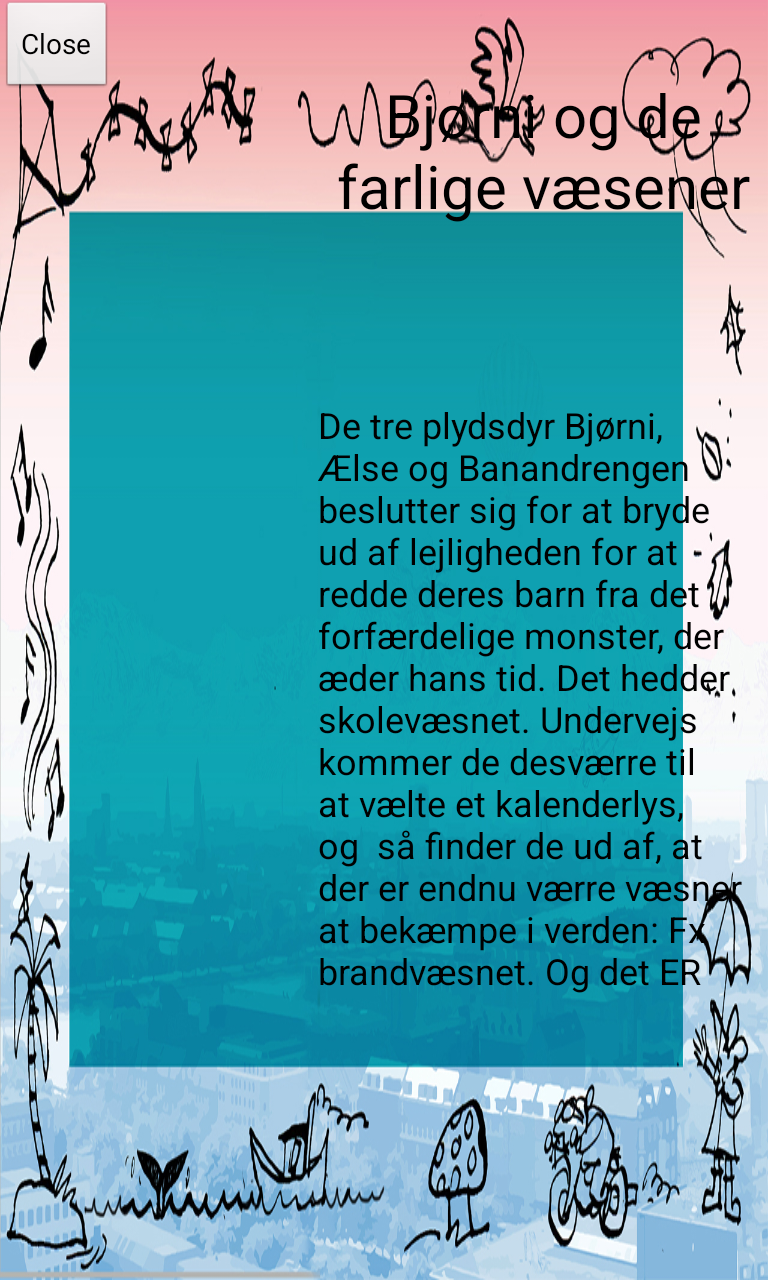
Repository: DreadMuffin/work
Layout: tablets/Historie/res/layout/popup3.xml
The author's editor kept a copy of each file at every save. The layout is drawn from the files as they stood at one save, then again after the next save.
It is drawn on a 768 x 1280 px phone screen (xhdpi) without system bars, with theme android:Theme.NoTitleBar; the app's code is not run.

Above is the layout before, as saved 2015-02-26 04:45:17.

After the next save:
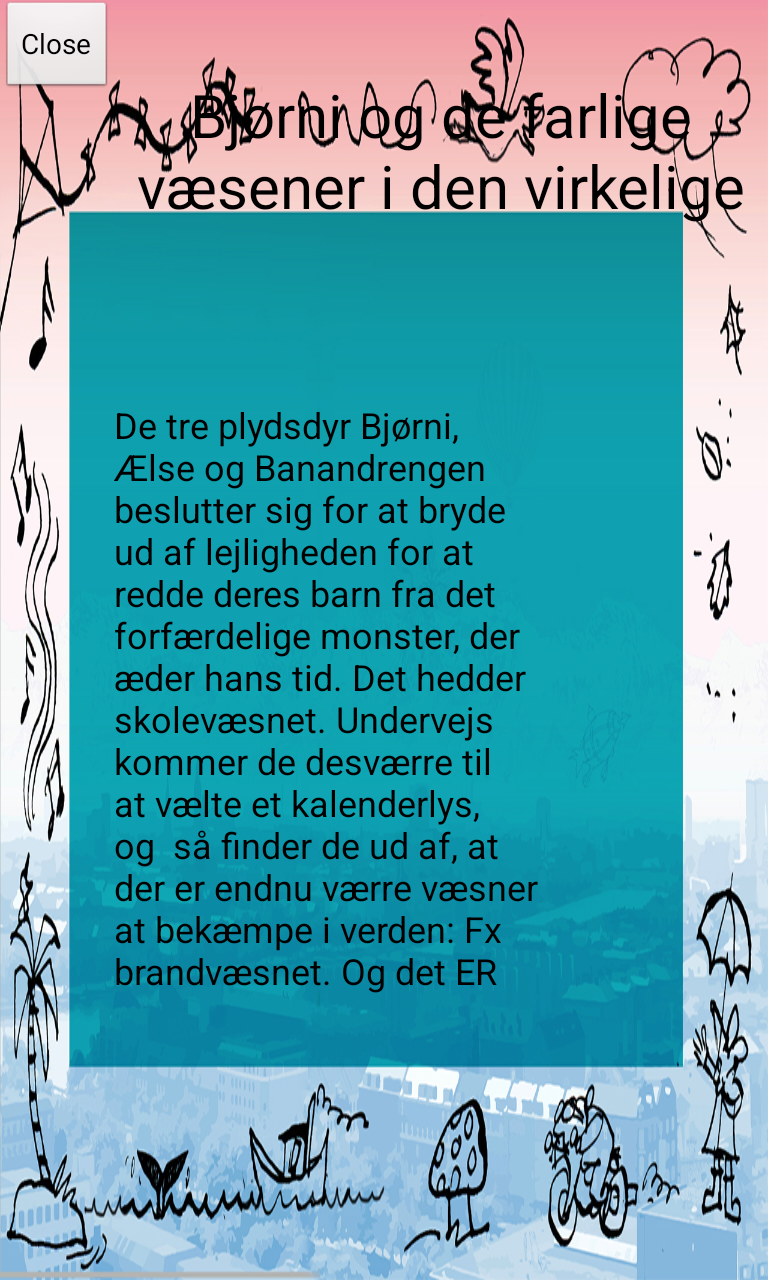
Saved 88 s later.
--- a/tablets/Historie/res/layout/popup3.xml
+++ b/tablets/Historie/res/layout/popup3.xml
@@ -30,7 +30,7 @@
         android:layout_height="300dp"
         android:layout_alignParentBottom="true"
         android:layout_marginBottom="140dp"
-        android:layout_marginLeft="102dp"
+        android:layout_marginRight="102dp"
         android:layout_toRightOf="@+id/btn_close_popup"
         android:text="De tre plydsdyr Bjørni, Ælse og Banandrengen beslutter sig for at bryde ud af lejligheden for at redde deres barn fra det
 forfærdelige monster, der æder hans tid. Det hedder skolevæsnet. Undervejs kommer de desværre til at vælte et kalenderlys, og

After the save that followed:
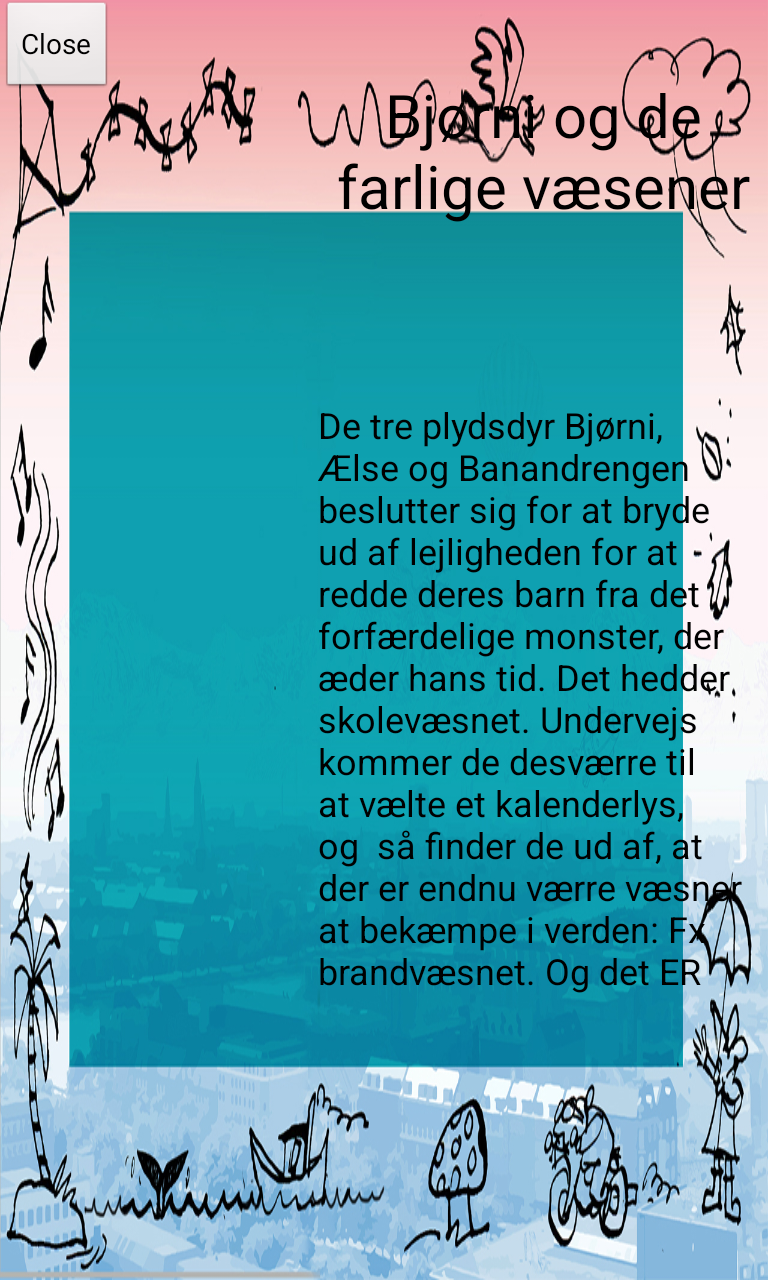
Saved 6 s later.
--- a/tablets/Historie/res/layout/popup3.xml
+++ b/tablets/Historie/res/layout/popup3.xml
@@ -30,7 +30,7 @@
         android:layout_height="300dp"
         android:layout_alignParentBottom="true"
         android:layout_marginBottom="140dp"
-        android:layout_marginRight="102dp"
+        android:layout_marginLeft="102dp"
         android:layout_toRightOf="@+id/btn_close_popup"
         android:text="De tre plydsdyr Bjørni, Ælse og Banandrengen beslutter sig for at bryde ud af lejligheden for at redde deres barn fra det
 forfærdelige monster, der æder hans tid. Det hedder skolevæsnet. Undervejs kommer de desværre til at vælte et kalenderlys, og
